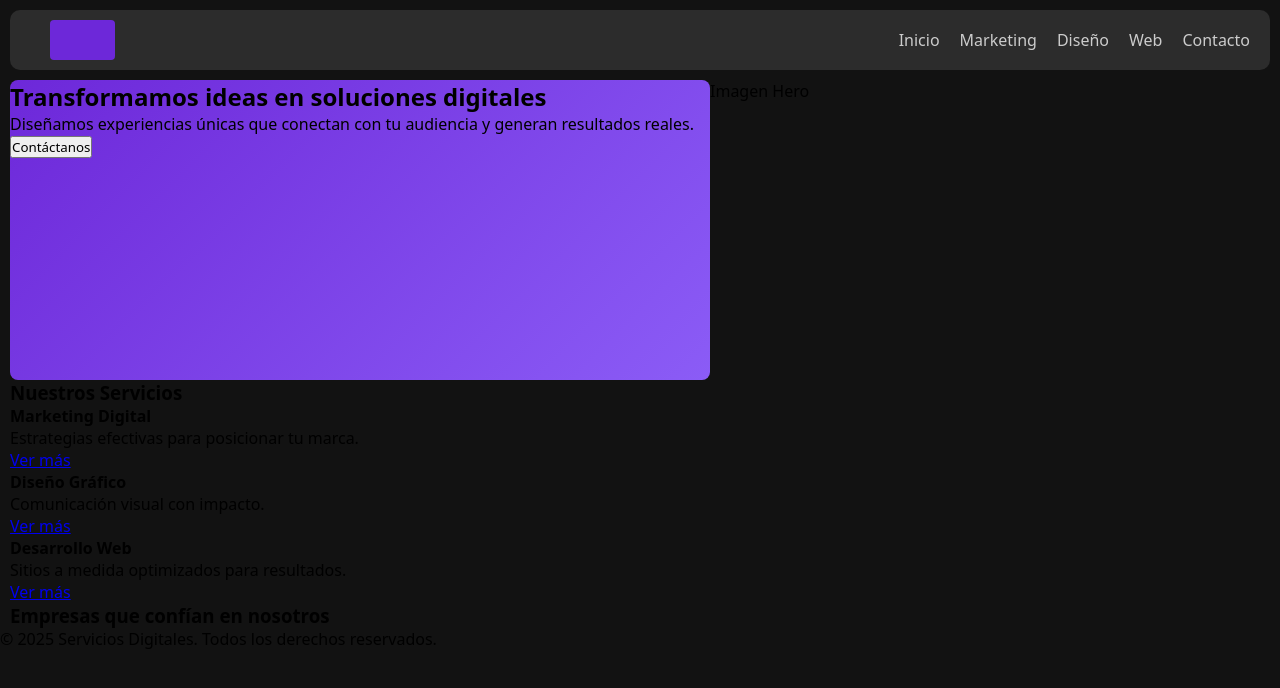
Repository: santinogarrone/TrabajoAgustin
Page: html/index.html
These files come from the project's save history. The page is drawn as it stood at one moment and after a run of saves; the edit follows.
The browser window is 1280 px wide. The pictures show the whole page.

Above is the page before, as saved 2025-05-02 12:03:38.

After the next 3 saves:
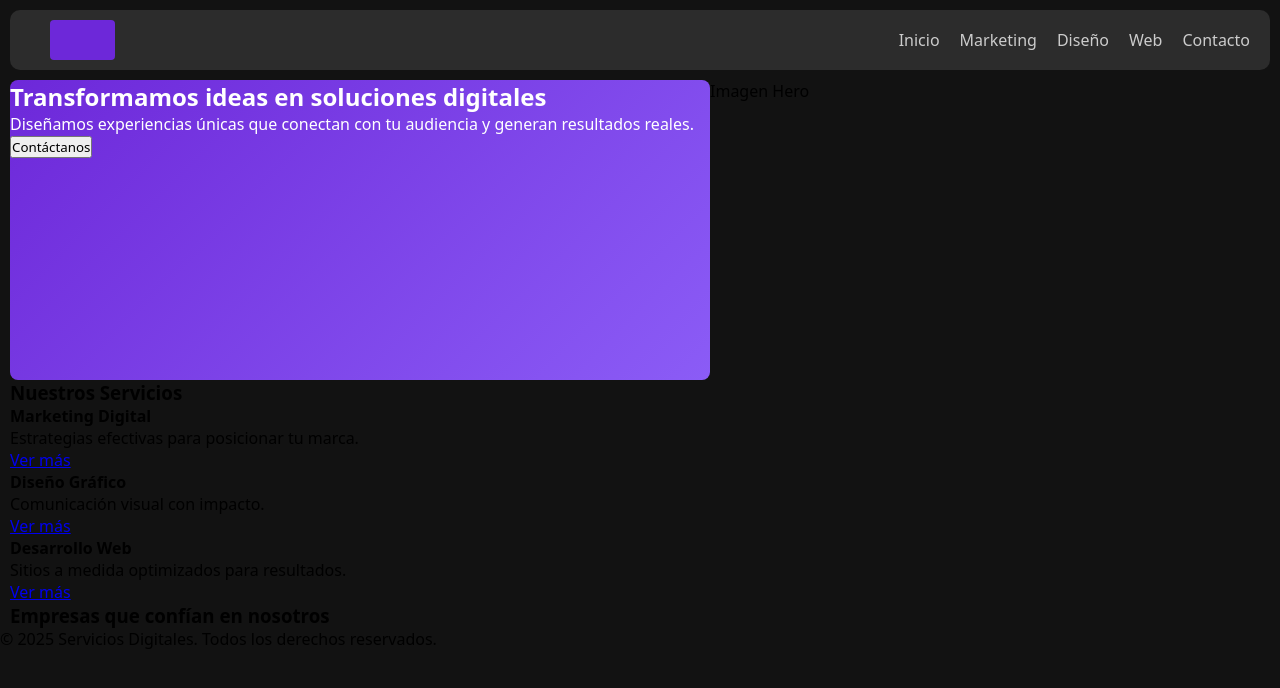
The 3 saves are shown as one change because they came seconds apart.
The last was saved 13 s later.
--- a/css/style.css
+++ b/css/style.css
@@ -70,7 +70,8 @@ header{
     background: var(--primary-color-gradient);
     width: 700px;
     height: 300px;
-    border-radius: 8px
+    border-radius: 8px;
+    color: var(--texto-color);
   }
 
 @media (375px >= width) {
